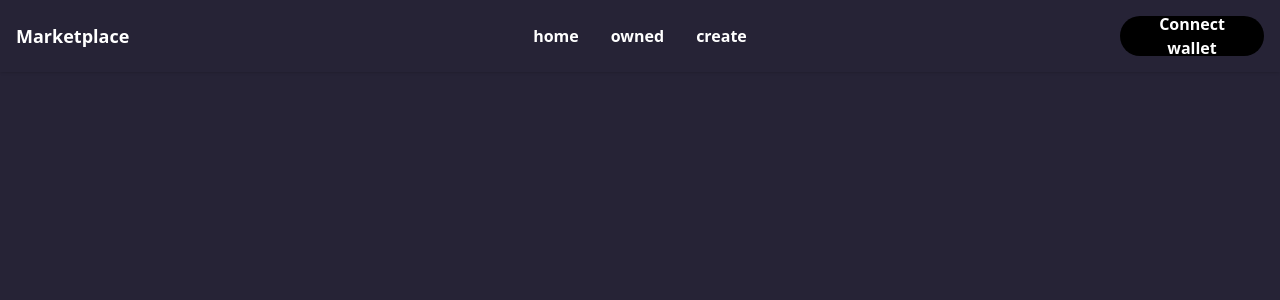
Repository: Kiendz3202/marketplace-frontend-nuxtjs
Page: /
These files come from the project's save history. The page is drawn as it stood at one moment and after the next save; the edit follows.
The browser window is 1280 px wide. The pictures show the whole page.
The project was rebuilt for these pictures with package versions that can differ from the ones it lists, and the page was loaded fresh each time. The framework's server and built-in components were replaced by stand-ins that run in the browser. Also part of the build but not shown: nuxt.config.js, components/connectWallet/AddressAvatar.vue, pages/index.vue.

Above is the page before, as saved 2022-11-08 13:15:28.

After the next save:
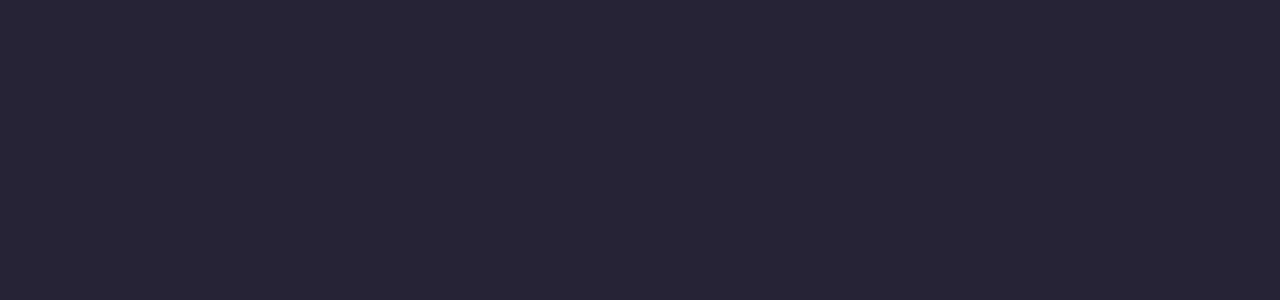
Saved 43 min 7 s later.
--- a/layouts/default.vue
+++ b/layouts/default.vue
@@ -1,11 +1,11 @@
 <template>
   <div>
-    <div class="relative flex h-full w-full flex-col pt-20">
+    <!-- <div class="relative flex h-full w-full flex-col pt-20">
       <TopBar />
-      <div class="flex h-full w-full overflow-y-auto overflow-x-hidden px-4">
-        <slot />
-      </div>
-    </div>
+      <div class="flex h-full w-full overflow-y-auto overflow-x-hidden px-4"> -->
+    <slot />
+    <!-- </div>
+    </div> -->
   </div>
 </template>
 

After the save that followed:
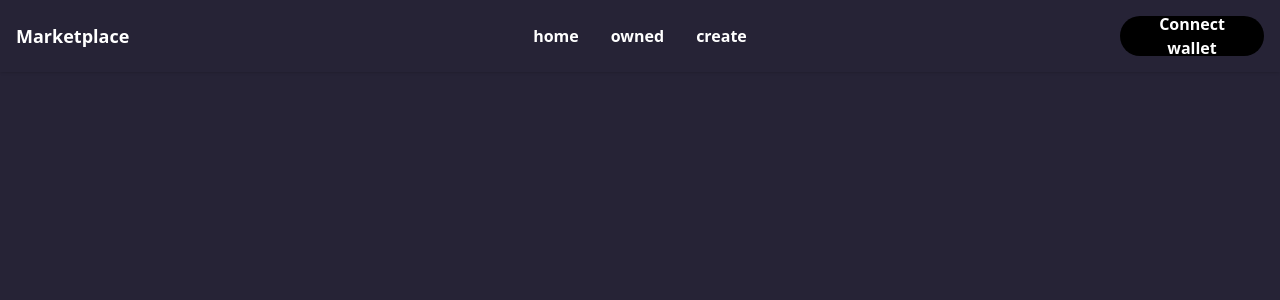
Saved 2 min 51 s later.
--- a/layouts/default.vue
+++ b/layouts/default.vue
@@ -1,11 +1,11 @@
 <template>
   <div>
-    <!-- <div class="relative flex h-full w-full flex-col pt-20">
+    <div class="relative flex h-full w-full flex-col pt-20">
       <TopBar />
-      <div class="flex h-full w-full overflow-y-auto overflow-x-hidden px-4"> -->
-    <slot />
-    <!-- </div>
-    </div> -->
+      <div class="flex h-full w-full overflow-y-auto overflow-x-hidden px-4">
+        <slot />
+      </div>
+    </div>
   </div>
 </template>
 
